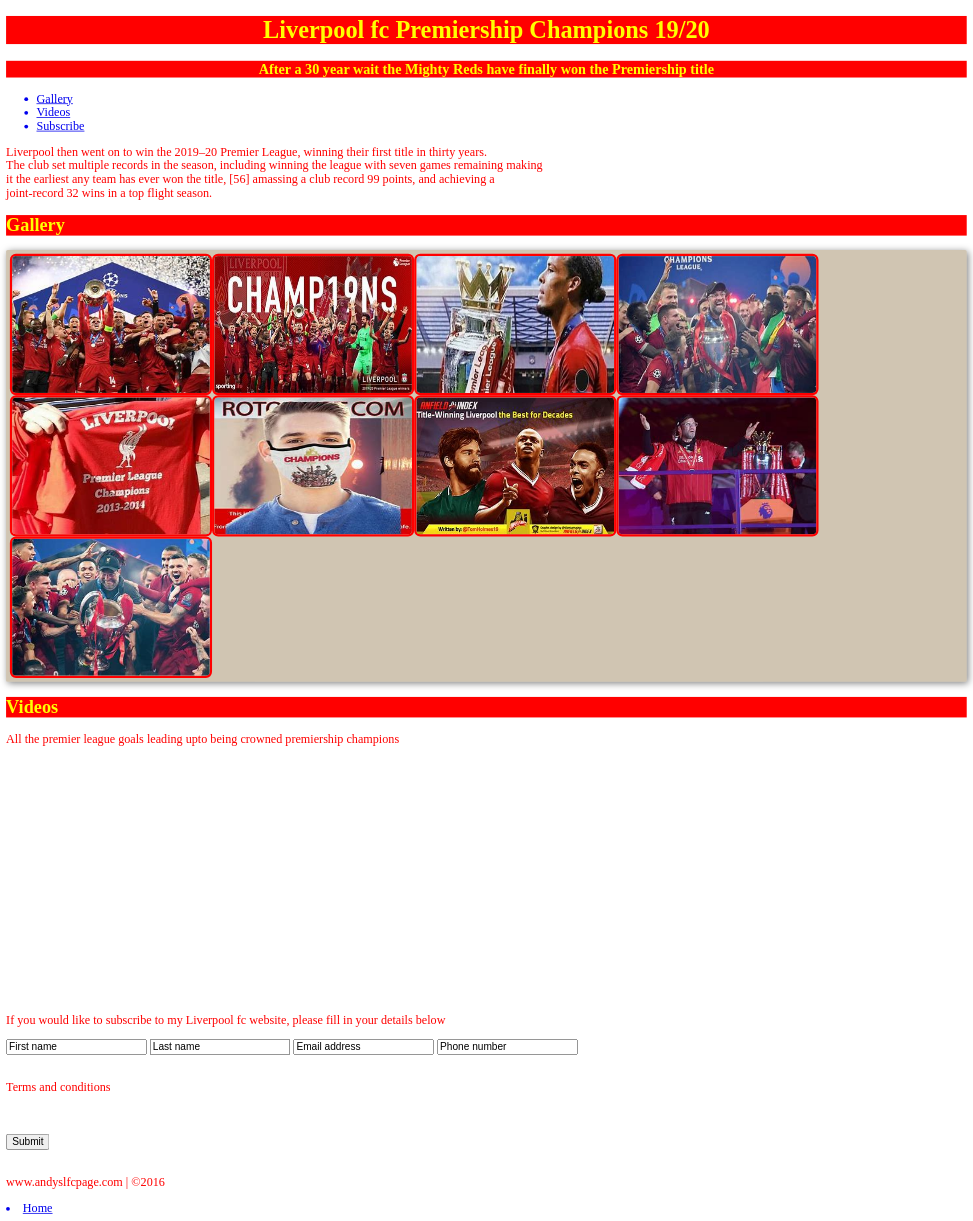
Repository: andyd71/HTML_and_CSS
Page: one_page_website/One_Page_Website.html
These files come from the project's save history. The page is drawn as it stood at one moment and after the next save; the edit follows.
The browser window is 1280 px wide. The pictures show the whole page, at 76% of full size.
Pictures or frames that could not be fetched are drawn as grey boxes.

Above is the page before, as saved 2020-10-09 13:08:35.

After the next save:
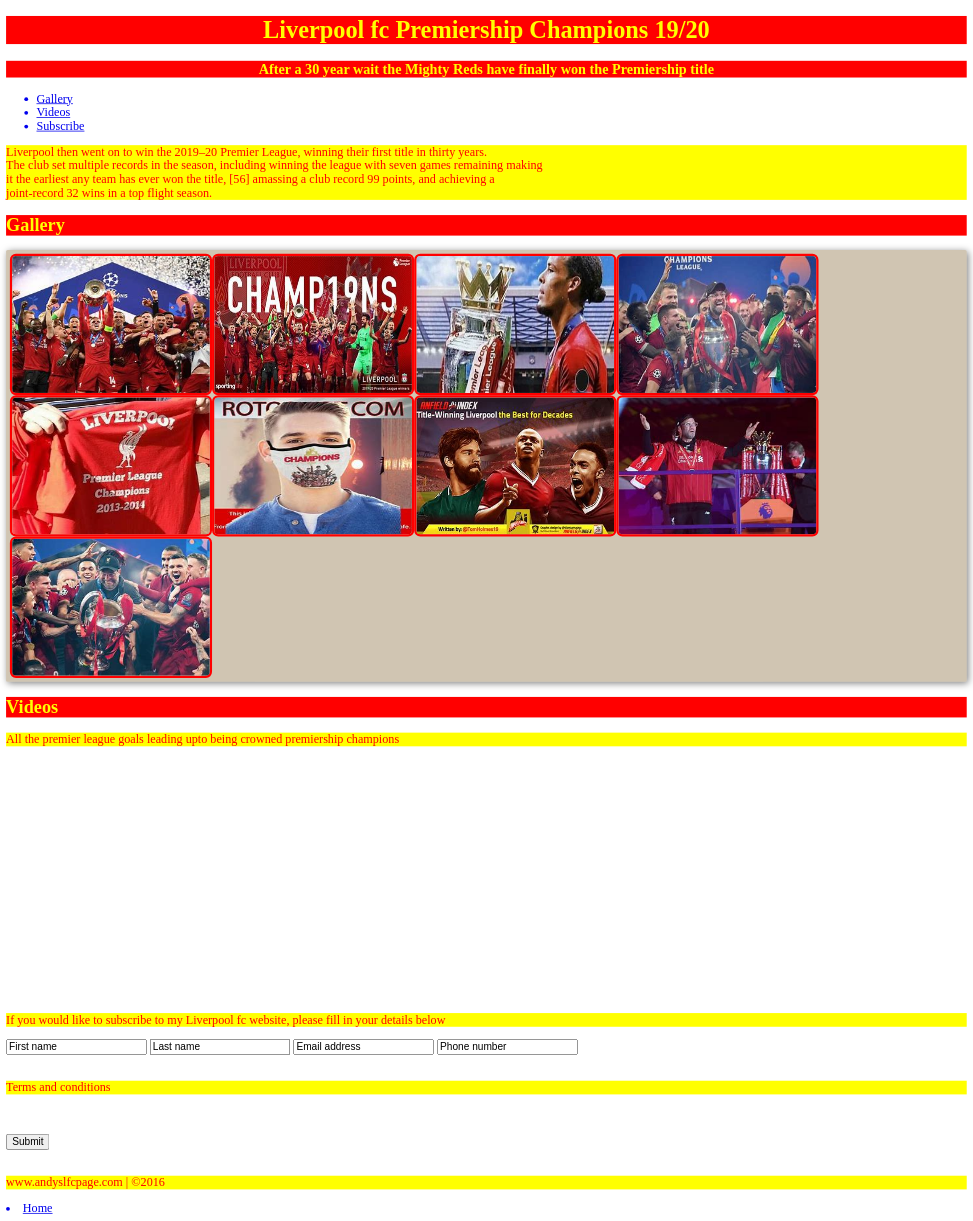
Saved 104 s later.
--- a/one_page_website/css/One_page_website.css
+++ b/one_page_website/css/One_page_website.css
@@ -14,7 +14,9 @@
 	background : red;
 }
 p  {
-	color : red
+	color : red;
+	background: yellow;
+
 
 }
 
